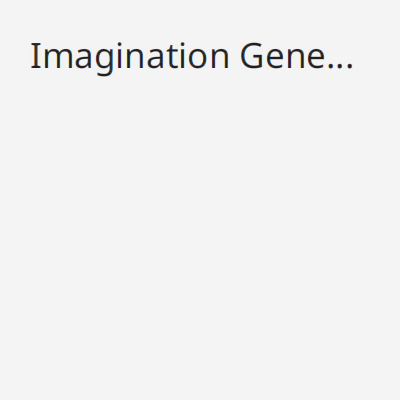
Repository: jasonldavis-tech/java-tech
Program's window: java ImaginationGenerator/src/application/Main.java
The author's editor kept a copy of each file at every save. The program's window is drawn from the files as they stood at one save, then again after the next save.
It runs on Java 21 on a 1366 x 768 screen with JavaFX 11; the title bar is not drawn.

Above is the program's window before, as saved 2023-03-26 22:40:04.

After the next save:
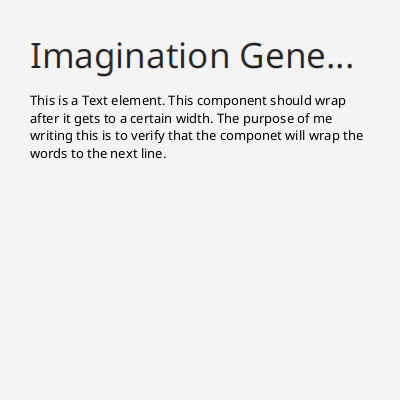
Saved 58 s later.
--- a/ImaginationGenerator/src/application/Main.java
+++ b/ImaginationGenerator/src/application/Main.java
@@ -41,6 +41,7 @@
 		textFlow.setPrefWidth(scene.getWidth());
 		textFlow.getChildren().add(textOutput);
 		textOutput.setWrappingWidth(scene.getWidth());
+		textOutput.setText("This is a Text element. This component should wrap after it gets to a certain width. The purpose of me writing this is to verify that the componet will wrap the words to the next line.");
 		add(textFlow);
 	}
 
